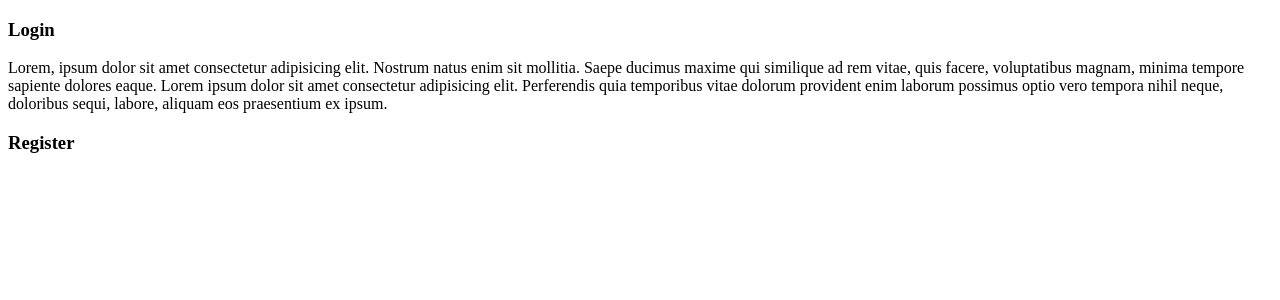
Repository: syaripTK/belajar-collab
Page: login.html
The author's editor kept a copy of each file at every save. The page is drawn from the files as they stood at one save, then again after the next save.
The browser window is 1280 px wide. The pictures show the whole page.

Above is the page before, as saved 2025-12-15 10:52:50.

After the next save:
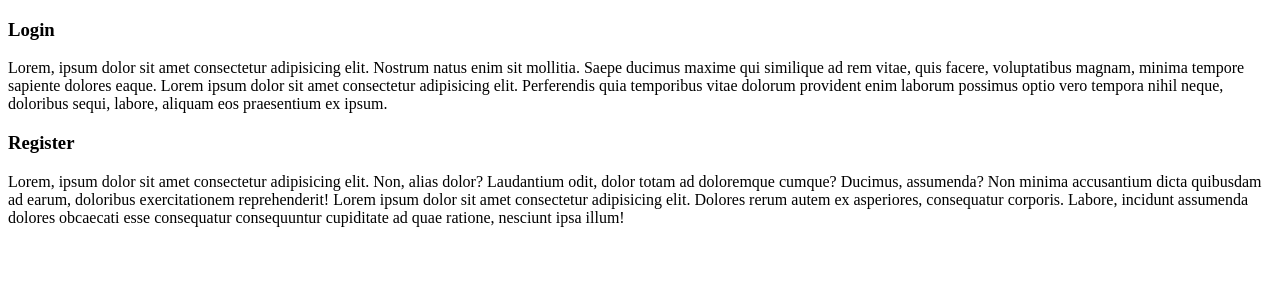
Saved 5 s later.
--- a/login.html
+++ b/login.html
@@ -10,6 +10,6 @@
     <p>Lorem, ipsum dolor sit amet consectetur adipisicing elit. Nostrum natus enim sit mollitia. Saepe ducimus maxime qui similique ad rem vitae, quis facere, voluptatibus magnam, minima tempore sapiente dolores eaque. Lorem ipsum dolor sit amet consectetur adipisicing elit. Perferendis quia temporibus vitae dolorum provident enim laborum possimus optio vero tempora nihil neque, doloribus sequi, labore, aliquam eos praesentium ex ipsum.</p>
 
     <h3>Register</h3>
-    <p></p>
+    <p>Lorem, ipsum dolor sit amet consectetur adipisicing elit. Non, alias dolor? Laudantium odit, dolor totam ad doloremque cumque? Ducimus, assumenda? Non minima accusantium dicta quibusdam ad earum, doloribus exercitationem reprehenderit! Lorem ipsum dolor sit amet consectetur adipisicing elit. Dolores rerum autem ex asperiores, consequatur corporis. Labore, incidunt assumenda dolores obcaecati esse consequatur consequuntur cupiditate ad quae ratione, nesciunt ipsa illum!</p>
 </body>
 </html>
